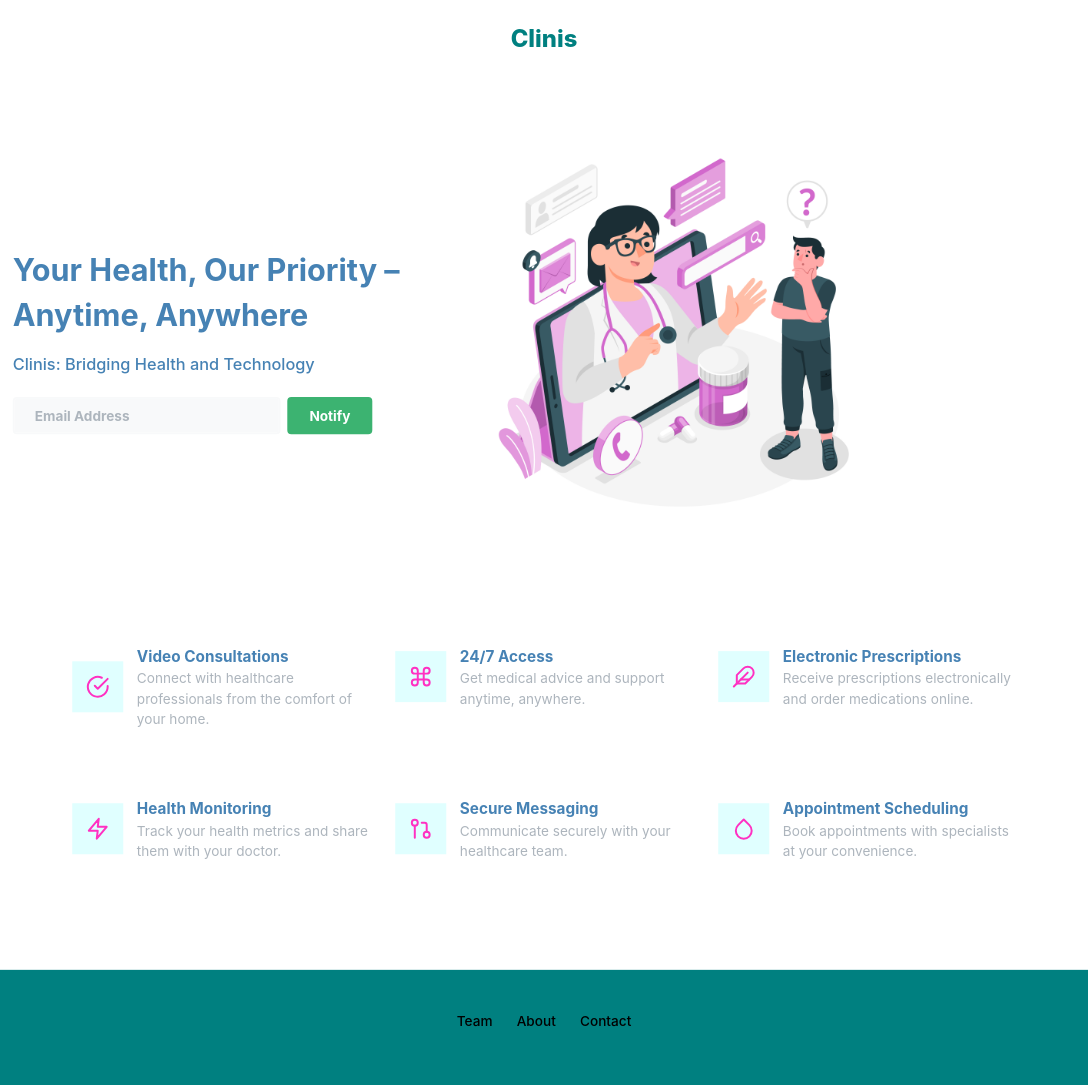
Repository: Rupak09/demo1
Page: index.html
An editor plug-in stored every save of this project. The page is shown before and after the next save, followed by the edit.
The browser window is 1280 px wide. The pictures show the whole page, at 85% of full size.
Some web fonts or font styles are not loaded; a fallback is used. Some web libraries are served in a nearby version.

Above is the page before, as saved 2024-12-28 14:31:31.

After the next save:
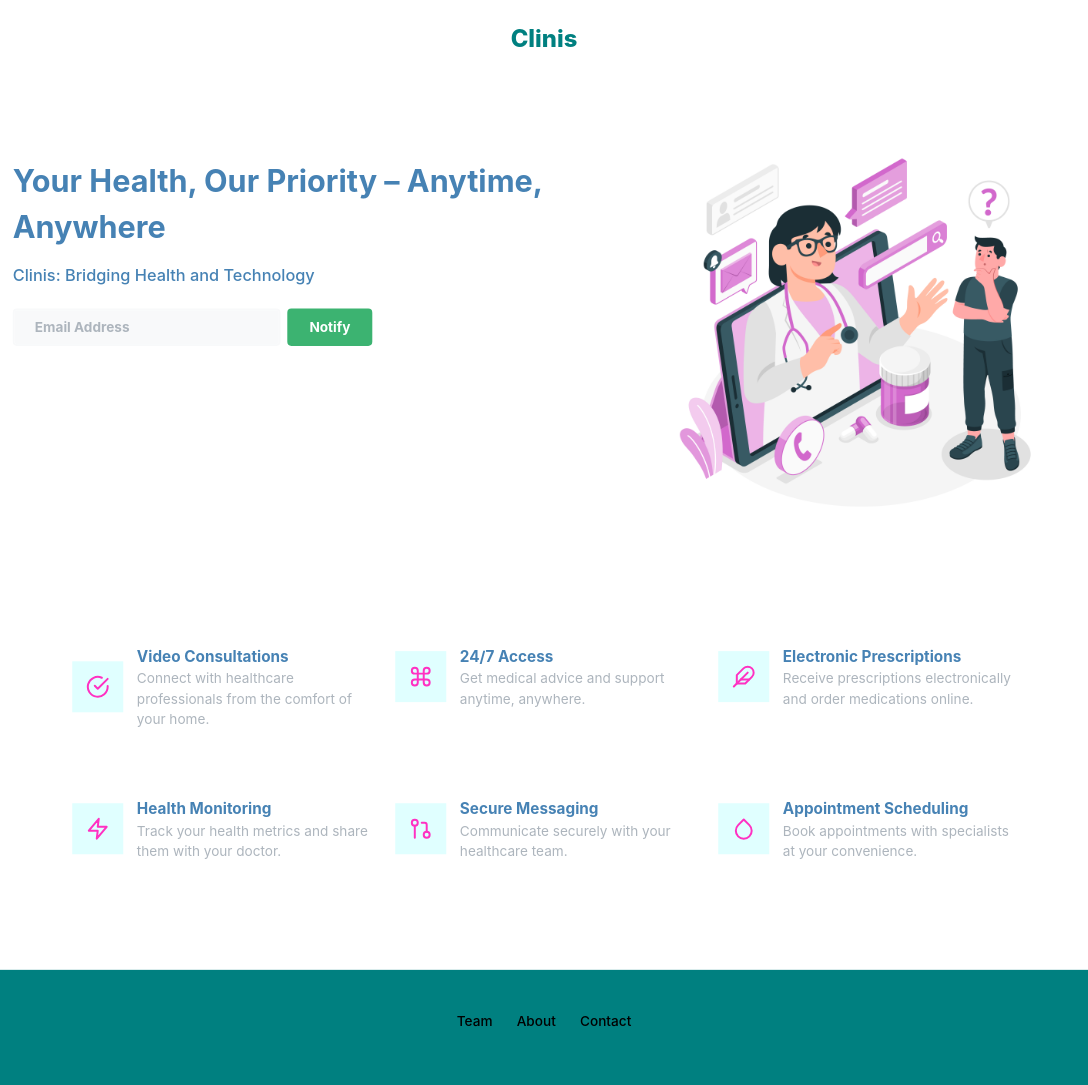
Saved 31 s later.
--- a/index.html
+++ b/index.html
@@ -75,7 +75,7 @@
             </div>
         </div>
         <div class="row mt-6">
-            <div class="col-md-5 order-3 order-md-1 my-auto">
+            <div class="col-md-7 order-3 order-md-1 mid">
                 <p class="lead mb-4"></p>
                 <h1>Your Health, Our Priority – Anytime, Anywhere</h1>
                 <p class="lead mb-4">
